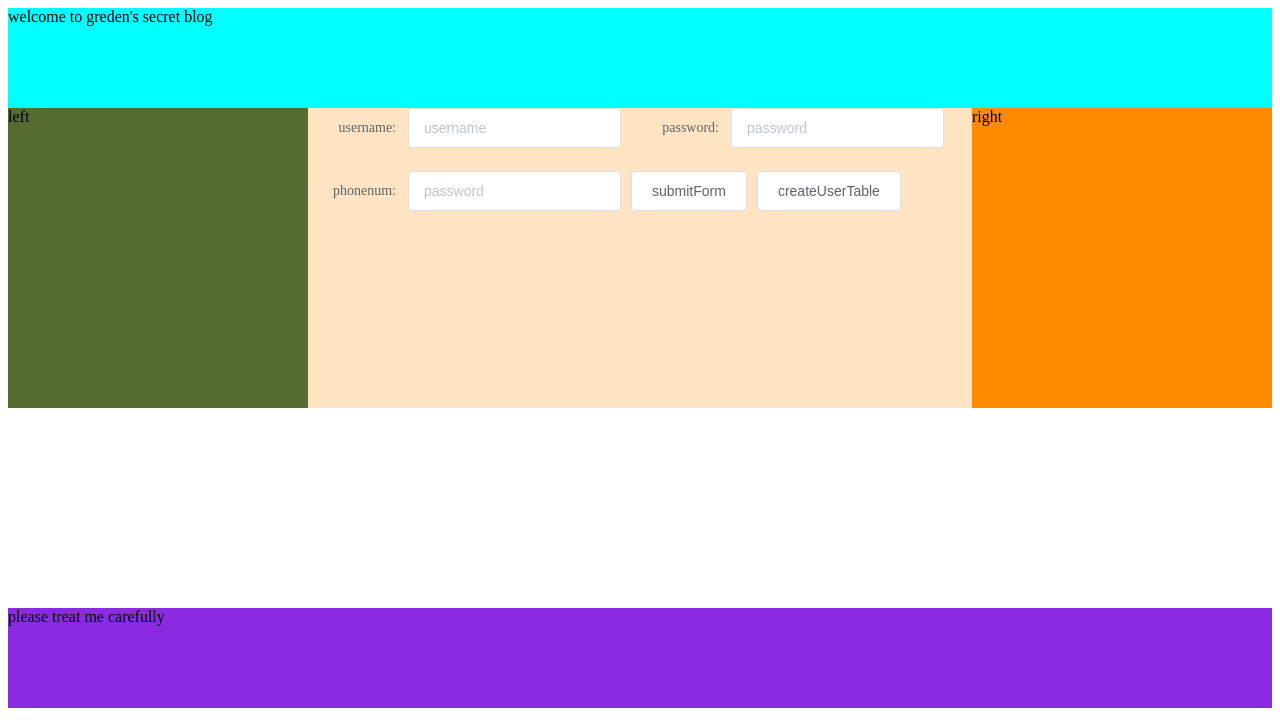
Repository: greden0814/myBlog
Page: /
An editor plug-in stored every save of this project. The page is shown before and after the next save, followed by the edit.
The browser window is 1280 px wide. The pictures show the whole page.
The project was rebuilt for these pictures with package versions that can differ from the ones it lists, and the page was loaded fresh each time.

Above is the page before, as saved 2021-07-15 13:34:24.

After the next save:
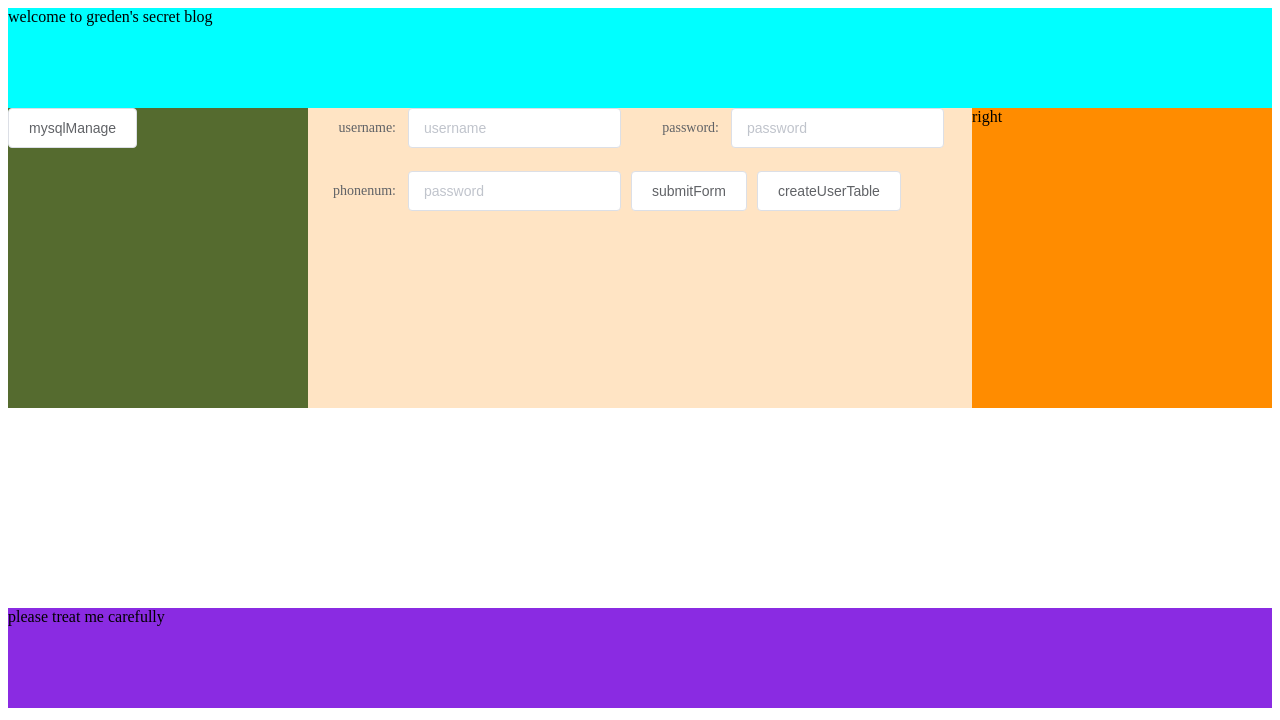
Saved 9 min 0 s later.
--- a/src/views/login/index.vue
+++ b/src/views/login/index.vue
@@ -6,7 +6,7 @@
         right
       </div>
       <div class="left">
-        left
+          <el-button @click="turnToManage">mysqlManage</el-button>
       </div>
       <div class="loginZone center">
         <el-form ref="ruleForm" :model="ruleForm" label-width="100px" inline>
@@ -85,6 +85,14 @@ export default {
         console.log(res);
       });
     },
+    turnToManage() {
+      this.$route.push({
+        path: "",
+        param: {
+
+        }
+      })
+    },
   },
 };
 </script>
